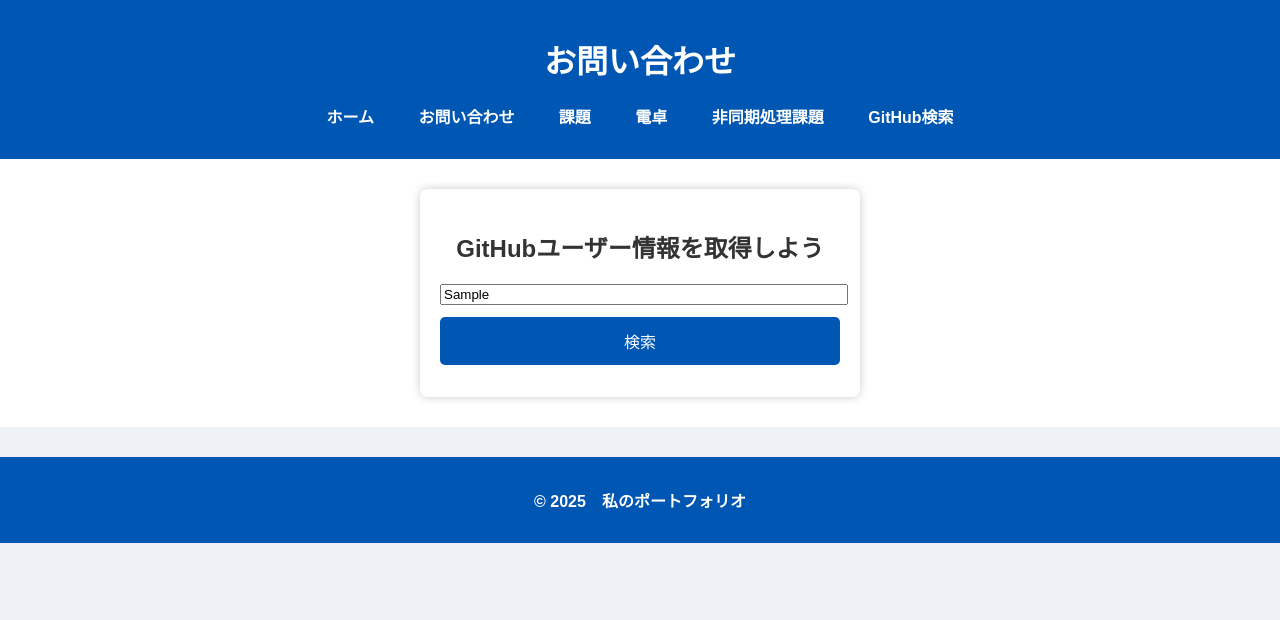
Repository: Takimidxgs/my-portfolio
Page: githubsearch.html
An editor plug-in stored every save of this project. The page is shown before and after the next save, followed by the edit.
The browser window is 1280 px wide. The pictures show the whole page.
Empty fields were first filled with sample values (such as "Sample", 5 or name@example.com).
After loading, the first visible `#searchBtn` was clicked once.
The page's requests for data from a server got no answer.

Above is the page before, as saved 2026-10-16 16:37:19.
Console error: TypeError: Cannot read properties of null (reading 'trim')

After the next save:
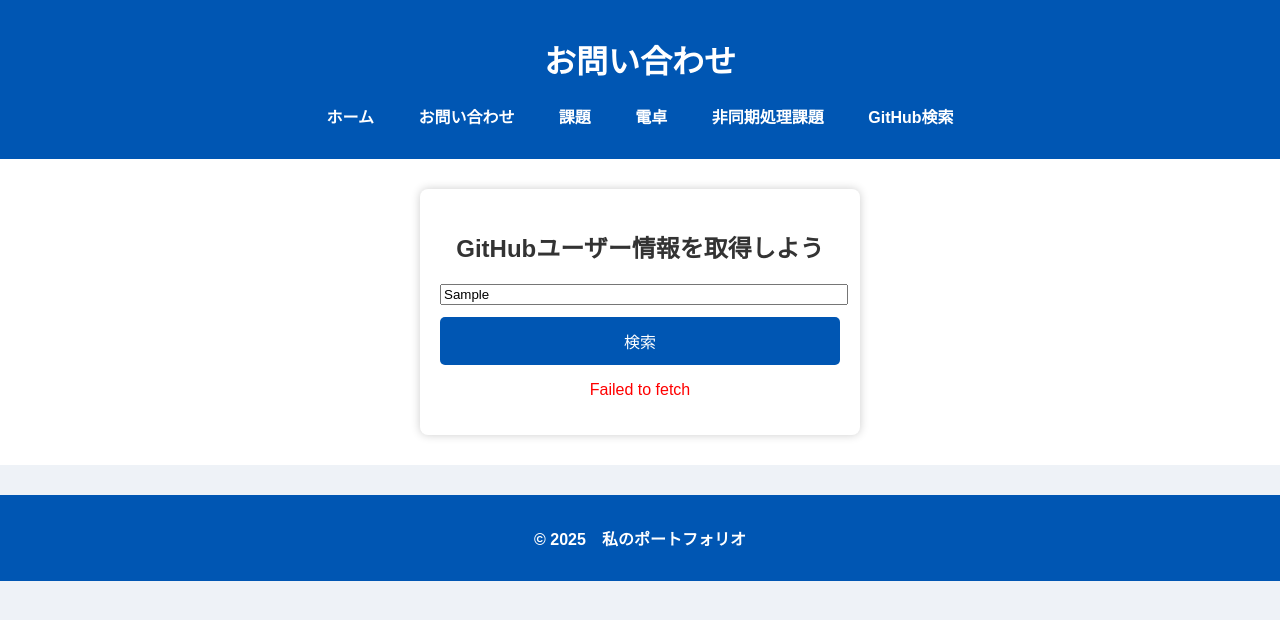
The error is gone.
Saved 9 s later.
--- a/githubresearch.js
+++ b/githubresearch.js
@@ -1,5 +1,5 @@
 document.getElementById("searchBtn").addEventListener("click", () => {
-    const username = document.getElementById("username").ariaValueMax.trim();
+    const username = document.getElementById("username").value.trim();
     const resultDiv = document.getElementById("result");
     if (!username) {
         resultDiv.innerHTML = "<p>ユーザー名が見つかりませんでした</p>";
